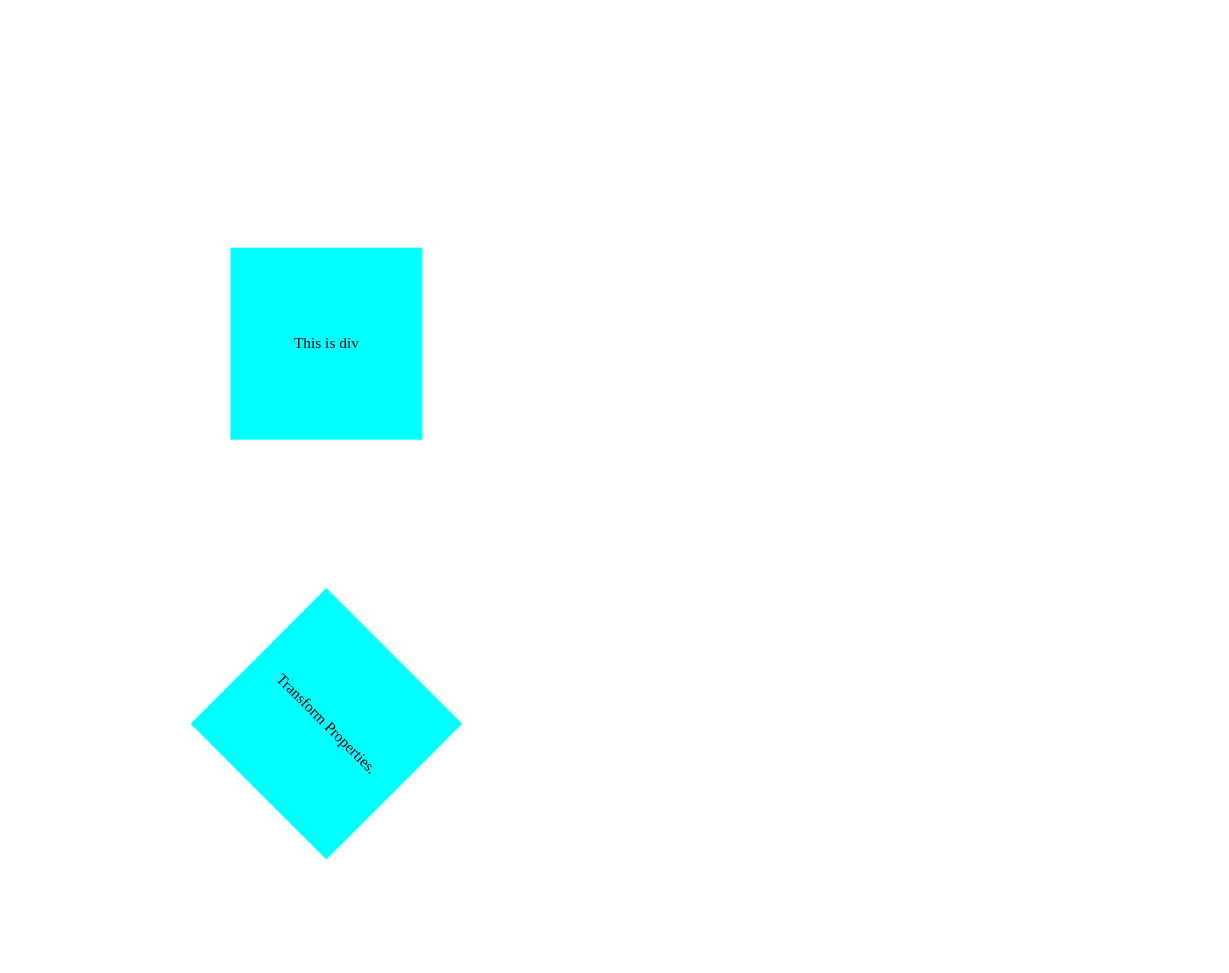
Repository: rakeshkolpepatil/CSS_Apana_College
Page: index.html
These files come from the project's save history. The page is drawn as it stood at one moment and after the next save; the edit follows.
The browser window is 1280 px wide. The pictures show the whole page, at 96% of full size.

Above is the page before, as saved 2023-06-26 13:00:08.

After the next save:
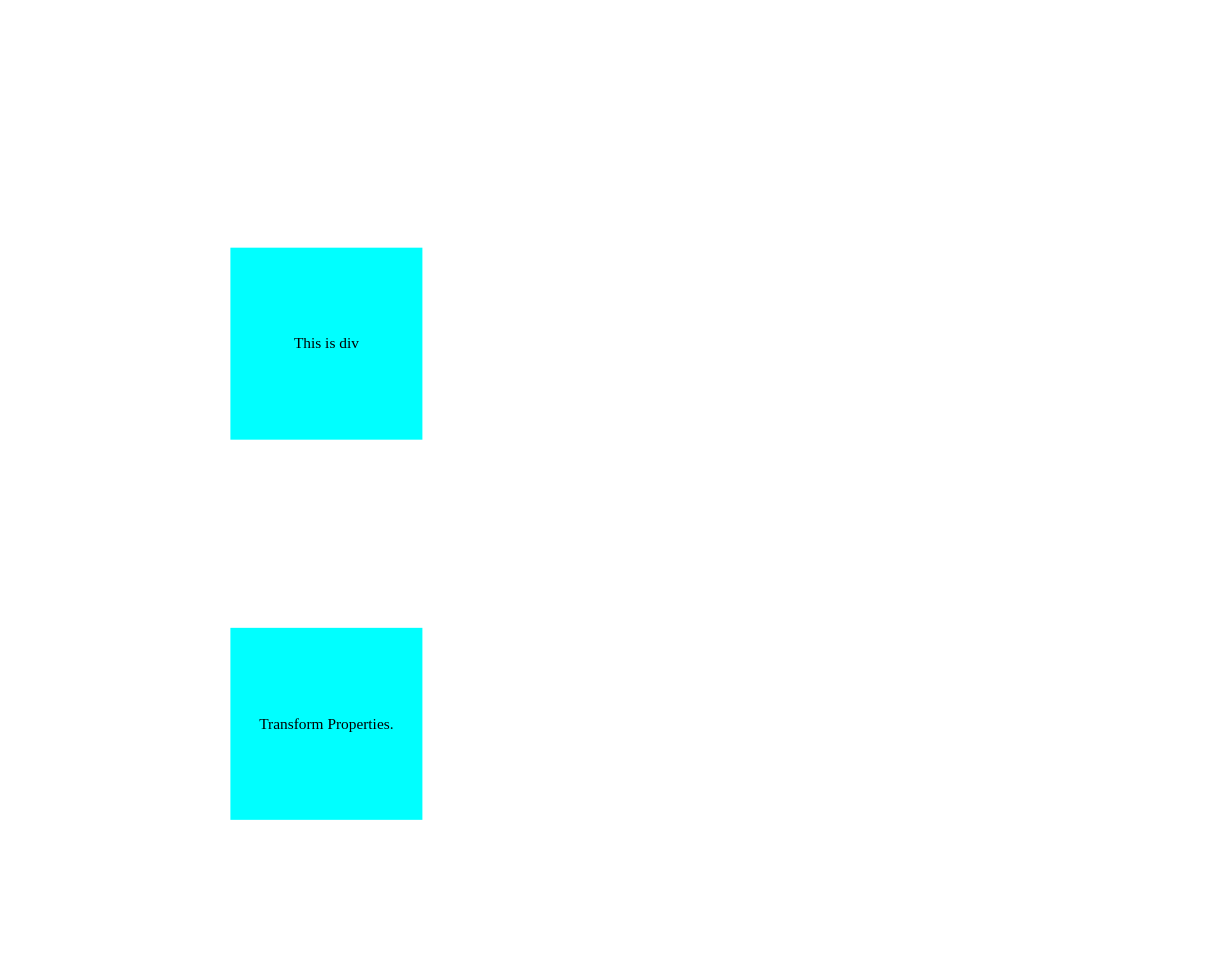
Saved 26 s later.
--- a/transition.css
+++ b/transition.css
@@ -28,6 +28,6 @@ div:hover{
   width: 600px;
 }
 
-#transfromDiv{
+#transfromDiv:hover{
   transform: rotate(45deg);
 }
